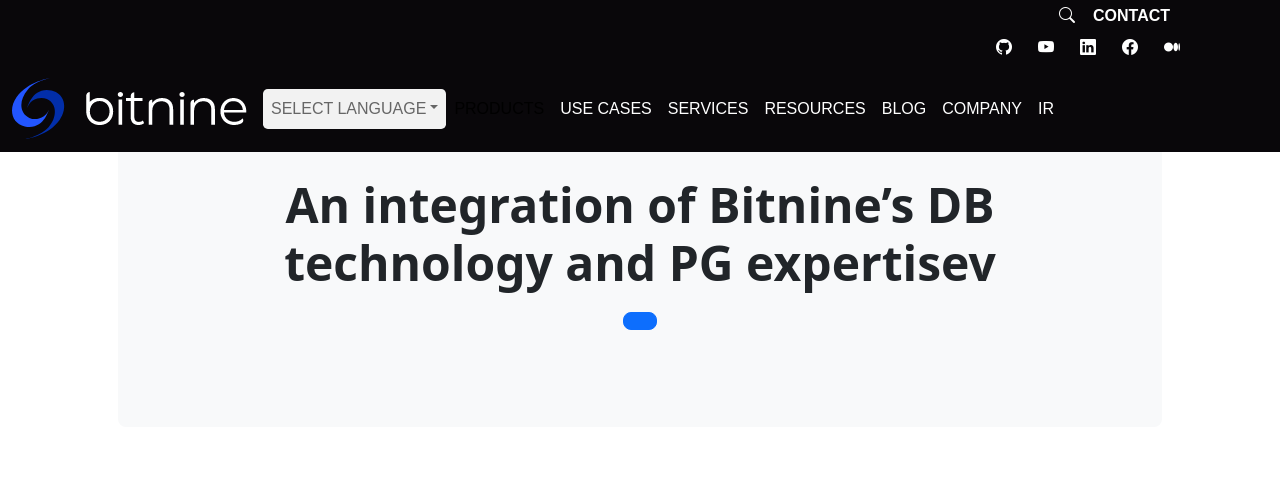
Repository: devblackie/signinpage
Page: /
The author's editor kept a copy of each file at every save. The page is drawn from the files as they stood at one save, then again after a run of saves.
The browser window is 1280 px wide. The pictures show the whole page.
Some web fonts or font styles are not loaded; a fallback is used. The project was rebuilt for these pictures with package versions that can differ from the ones it lists, and the page was loaded fresh each time. Also part of the build but not shown: vite.config.js, src/components/Signup.jsx, src/components/Login.jsx, src/components/Dashboard.jsx, src/components/ProtectedDashboard.jsx.

Above is the page before, as saved 2023-08-28 13:27:31.

After the next 2 saves:
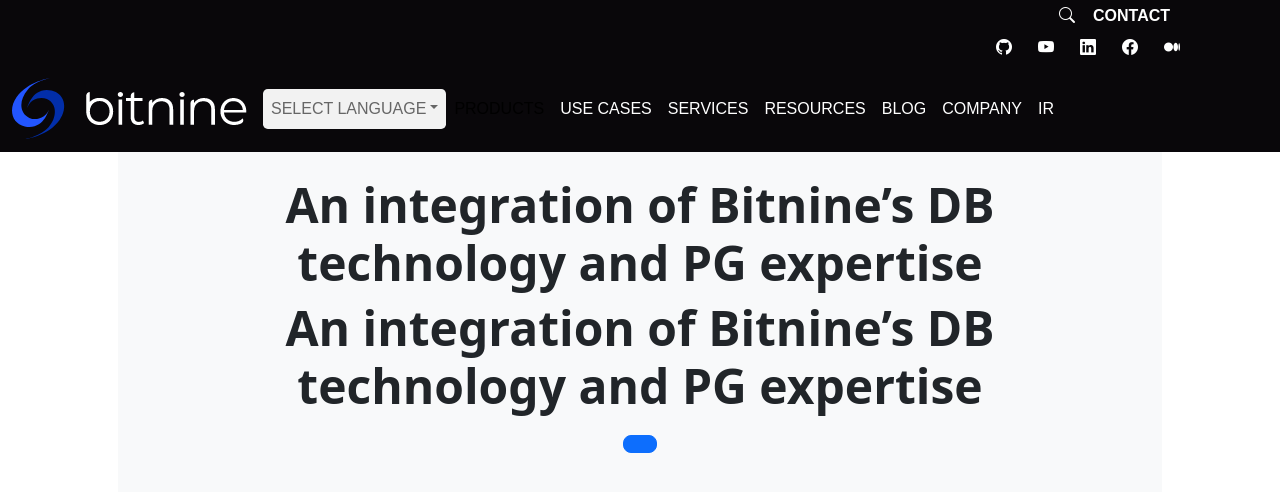
The 2 saves are shown as one change because they came seconds apart.
The last was saved 22 s later.
--- a/src/components/Home.jsx
+++ b/src/components/Home.jsx
@@ -10,7 +10,8 @@
           <div className="p-4 p-lg-5 bg-light rounded-3 text-center">
             <div className="m-4 m-lg-5">
               <h1 className="display-5 fw-bold"></h1>
-              <h1 className="display-5 fw-bold">An integration of Bitnine’s DB technology and PG expertisev</h1>
+              <h1 className="display-5 fw-bold">An integration of Bitnine’s DB technology and PG expertise</h1>
+              <h1 className="display-5 fw-bold">An integration of Bitnine’s DB technology and PG expertise</h1>
               <p className="fs-4"></p>
               <p className="fs-4"></p>
               <p className="fs-4"></p>
